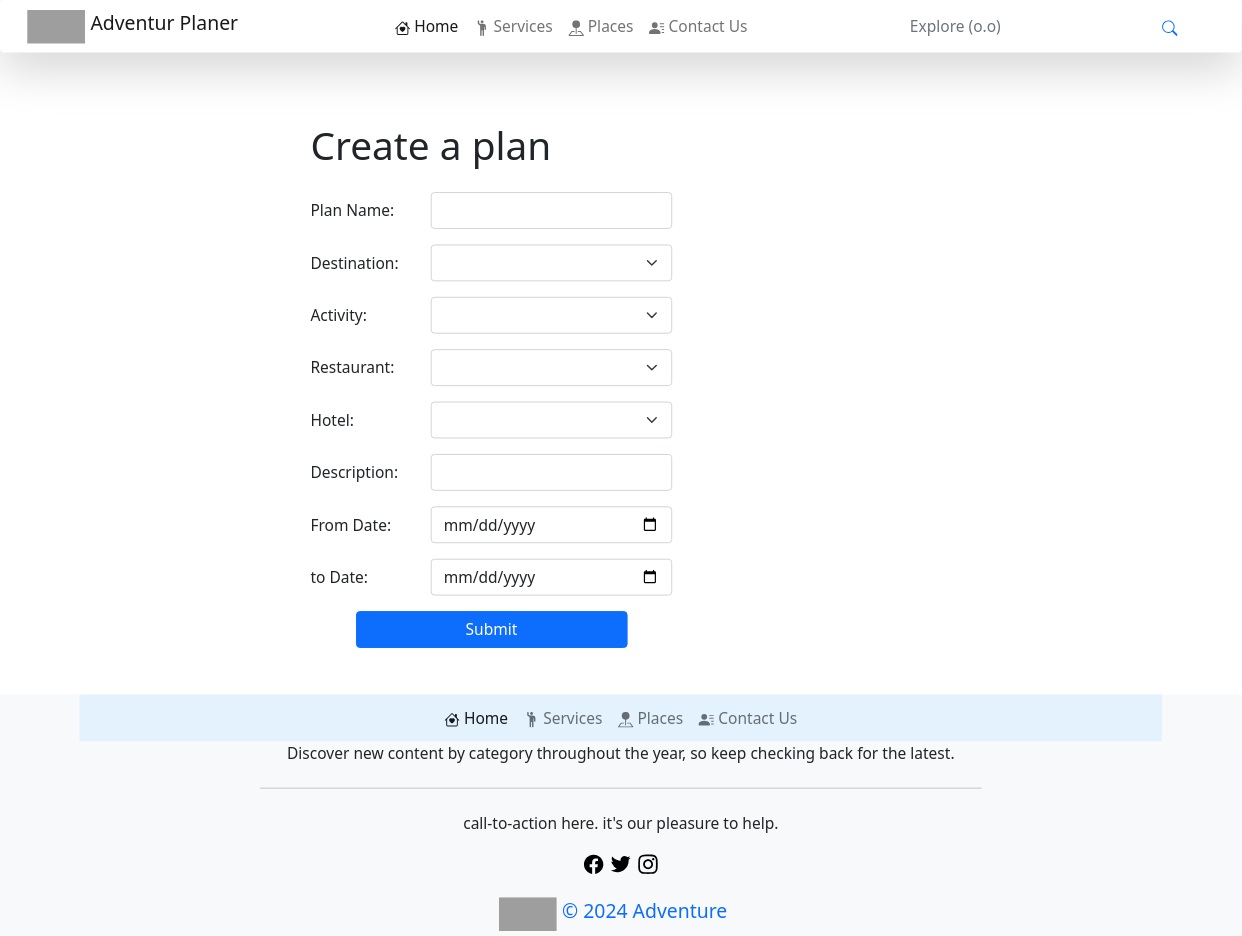
Repository: mutazjaber/JavaProject
Page: http://localhost/AdventurProject/WEB-INF/plan.jsp
The author's editor kept a copy of each file at every save. The page is drawn from the files as they stood at one save, then again after the next save.
The browser window is 1280 px wide. The pictures show the whole page, at 97% of full size.
Pictures or frames that could not be fetched are drawn as grey boxes. The page is served by Tomcat 10. Nobody is signed in. The template is opened directly, without the code that normally fills it, so the values that code supplies are empty.

Above is the page before, as saved 2024-01-22 14:22:35.

After the next save:
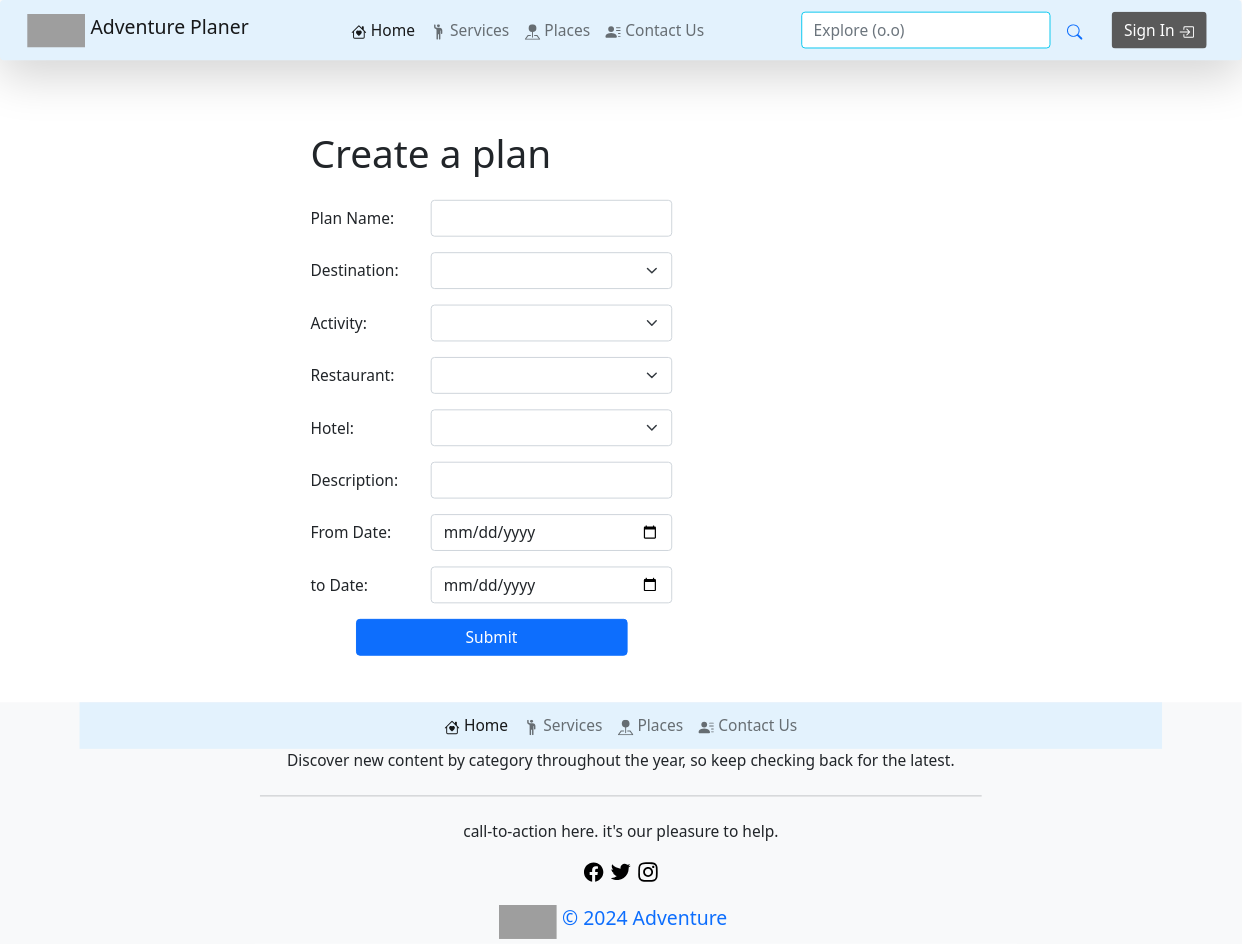
Saved 37 s later.
--- a/AdventurProject/src/main/webapp/WEB-INF/plan.jsp
+++ b/AdventurProject/src/main/webapp/WEB-INF/plan.jsp
@@ -13,13 +13,13 @@
 </head>
 <body>
     <!-- Navbar -->
-   <nav class="navbar navbar-expand-xl navbar-light py-1 shadow-lg p-3 mb-5 bg-body rounded" style="background-color: #e3f2fd;">
+      <nav class="navbar navbar-expand-xl navbar-light py-1 shadow-lg p-3 mb-5  rounded" style="background-color: #e3f2fd;">
         <div class="container-fluid">
 
-            <a class="navbar-brand " href="#">
+            <a class="navbar-brand " href="/plan">
                 <img src="https://media.discordapp.net/attachments/1197447314848100362/1197467387360989254/adventurLogo.jpg?ex=65bb5f69&is=65a8ea69&hm=37dd6bb12ee3faf35ce8058f47d3bbe1a1fb3b15b77a53188f04d7b8c393bf20&=&format=webp&width=1062&height=662"
                     alt="" width="60" height="35" class="d-inline-block align-text-top">
-                Adventur Planer
+                Adventure Planer
             </a>
             <button class="navbar-toggler" type="button" data-bs-toggle="collapse" data-bs-target="#navbarLight" aria-controls="navbarLight" aria-expanded="false" aria-label="Toggle navigation">
                 <span class="navbar-toggler-icon"></span>
@@ -29,7 +29,7 @@
                 <div class="d-flex mx-auto">
                     <ul class="navbar-nav mb-2 mb-xl-0">
                         <li class="nav-item">
-                            <a class="nav-link active" aria-current="page" href="#">
+                            <a class="nav-link active" aria-current="page" href="/">
                                 <svg xmlns="http://www.w3.org/2000/svg" width="16" height="16" fill="currentColor" class="bi bi-house-heart" viewBox="0 0 16 16">
                                     <path d="M8 6.982C9.664 5.309 13.825 8.236 8 12 2.175 8.236 6.336 5.309 8 6.982"/>
                                     <path d="M8.707 1.5a1 1 0 0 0-1.414 0L.646 8.146a.5.5 0 0 0 .708.707L2 8.207V13.5A1.5 1.5 0 0 0 3.5 15h9a1.5 1.5 0 0 0 1.5-1.5V8.207l.646.646a.5.5 0 0 0 .708-.707L13 5.793V2.5a.5.5 0 0 0-.5-.5h-1a.5.5 0 0 0-.5.5v1.293zM13 7.207V13.5a.5.5 0 0 1-.5.5h-9a.5.5 0 0 1-.5-.5V7.207l5-5z"/>
@@ -38,7 +38,7 @@
                             </a>
                         </li>
                         <li class="nav-item">
-                            <a class="nav-link" href="#">
+                            <a class="nav-link" href="/plan">
                                 <svg xmlns="http://www.w3.org/2000/svg" width="16" height="16" fill="currentColor" class="bi bi-person-raised-hand" viewBox="0 0 16 16">
                                     <path d="M6 6.207v9.043a.75.75 0 0 0 1.5 0V10.5a.5.5 0 0 1 1 0v4.75a.75.75 0 0 0 1.5 0v-8.5a.25.25 0 1 1 .5 0v2.5a.75.75 0 0 0 1.5 0V6.5a3 3 0 0 0-3-3H6.236a1 1 0 0 1-.447-.106l-.33-.165A.83.83 0 0 1 5 2.488V.75a.75.75 0 0 0-1.5 0v2.083c0 .715.404 1.37 1.044 1.689L5.5 5c.32.32.5.754.5 1.207"/>
                                     <path d="M8 3a1.5 1.5 0 1 0 0-3 1.5 1.5 0 0 0 0 3"/>
@@ -47,7 +47,7 @@
                             </a>
                         </li>
                         <li class="nav-item">
-                            <a class="nav-link" href="#">
+                            <a class="nav-link" href="/destinations">
                                 <svg xmlns="http://www.w3.org/2000/svg" width="16" height="16" fill="currentColor" class="bi bi-pin-map-fill" viewBox="0 0 16 16">
                                     <path fill-rule="evenodd" d="M3.1 11.2a.5.5 0 0 1 .4-.2H6a.5.5 0 0 1 0 1H3.75L1.5 15h13l-2.25-3H10a.5.5 0 0 1 0-1h2.5a.5.5 0 0 1 .4.2l3 4a.5.5 0 0 1-.4.8H.5a.5.5 0 0 1-.4-.8z"/>
                                     <path fill-rule="evenodd" d="M4 4a4 4 0 1 1 4.5 3.969V13.5a.5.5 0 0 1-1 0V7.97A4 4 0 0 1 4 3.999z"/>
@@ -56,7 +56,7 @@
                             </a>
                         </li>
                         <li class="nav-item">
-                            <a class="nav-link" href="#">
+                            <a class="nav-link" href="/about">
                                 <svg xmlns="http://www.w3.org/2000/svg" width="16" height="16" fill="currentColor" class="bi bi-person-lines-fill" viewBox="0 0 16 16">
                                     <path d="M6 8a3 3 0 1 0 0-6 3 3 0 0 0 0 6m-5 6s-1 0-1-1 1-4 6-4 6 3 6 4-1 1-1 1zM11 3.5a.5.5 0 0 1 .5-.5h4a.5.5 0 0 1 0 1h-4a.5.5 0 0 1-.5-.5m.5 2.5a.5.5 0 0 0 0 1h4a.5.5 0 0 0 0-1zm2 3a.5.5 0 0 0 0 1h2a.5.5 0 0 0 0-1zm0 3a.5.5 0 0 0 0 1h2a.5.5 0 0 0 0-1z"/>
                                 </svg>
@@ -69,7 +69,7 @@
             </div>
             <div class="d-flex mx-auto">
                 <form class="search-bar d-flex mx-auto">
-                    <input class="form-control " type="search" placeholder="Explore (o.o) " aria-label="Search">
+                    <input class="form-control border border-info" type="search" placeholder="Explore (o.o) " aria-label="Search">
                     <button class="btn btn-outline-primary" type="submit">
                         <svg xmlns="http://www.w3.org/2000/svg" width="16" height="16" fill="currentColor"
                         class="bi bi-search" viewBox="0 0 16 16">
@@ -83,9 +83,11 @@
 
             <ul class="navbar-nav">
     <li class="nav-link">
+    <a class="btn btn-fancy"  href="/login">Sign In <svg xmlns="http://www.w3.org/2000/svg" width="16" height="16" fill="currentColor" class="bi bi-box-arrow-in-right" viewBox="0 0 16 16">
             <path fill-rule="evenodd" d="M6 3.5a.5.5 0 0 1 .5-.5h8a.5.5 0 0 1 .5.5v9a.5.5 0 0 1-.5.5h-8a.5.5 0 0 1-.5-.5v-2a.5.5 0 0 0-1 0v2A1.5 1.5 0 0 0 6.5 14h8a1.5 1.5 0 0 0 1.5-1.5v-9A1.5 1.5 0 0 0 14.5 2h-8A1.5 1.5 0 0 0 5 3.5v2a.5.5 0 0 0 1 0z"/>
             <path fill-rule="evenodd" d="M11.854 8.354a.5.5 0 0 0 0-.708l-3-3a.5.5 0 1 0-.708.708L10.293 7.5H1.5a.5.5 0 0 0 0 1h8.793l-2.147 2.146a.5.5 0 0 0 .708.708z"/>
-          </svg></button>
+          </svg></a>
+
     </li>
 </ul>
         </div>
